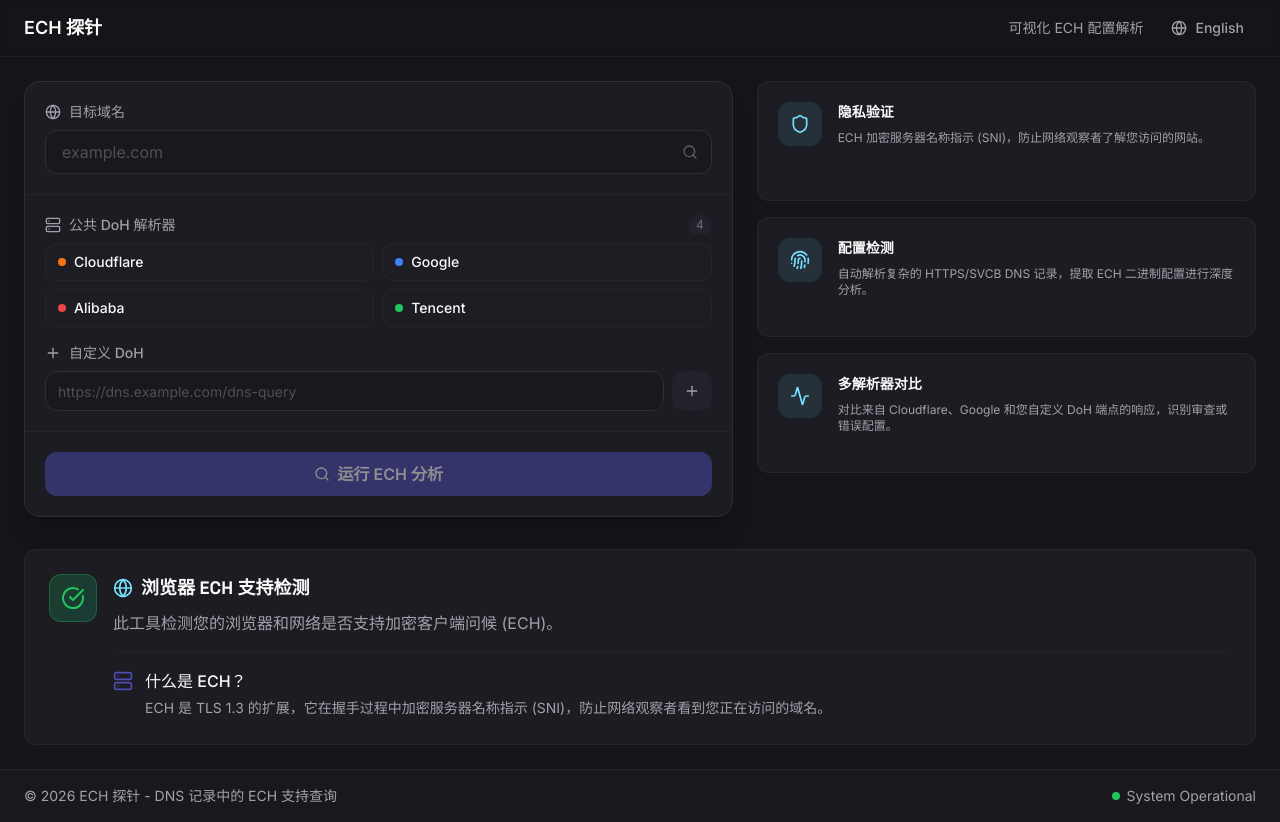
Repository: coolapijust/Ech-probe
Page: /
The author's editor kept a copy of each file at every save. The page is drawn from the files as they stood at one save, then again after the next save.
The browser window is 1280 px wide. The pictures show the whole page.
The project was rebuilt for these pictures with package versions that can differ from the ones it lists, and the page was loaded fresh each time. The framework's server and built-in components were replaced by stand-ins that run in the browser. Also part of the build but not shown: next.config.mjs, src/components/ui/card.tsx, src/components/ui/table.tsx, src/components/ui/badge.tsx, src/components/ui/label.tsx, src/components/ECHProbe/ResultsDisplay.tsx.

Above is the page before, as saved 2026-03-13 20:42:33.

### src/app/layout.tsx

import type {Metadata} from 'next';
import './globals.css';
import { Toaster } from "@/components/ui/toaster";
import { LanguageProvider } from '@/context/LanguageContext';

export const metadata: Metadata = {
  title: 'ECH Probe | Secure DNS Analysis',
  description: 'Advanced ECHConfig detection and DNS analysis tool.',
};

export default function RootLayout({
  children,
}: Readonly<{
  children: React.ReactNode;
}>) {
  return (
    <html lang="en" className="dark">
      <head>
        <link rel="preconnect" href="https://fonts.googleapis.com" />
        <link rel="preconnect" href="https://fonts.gstatic.com" crossOrigin="anonymous" />
        <link href="https://fonts.googleapis.com/css2?family=Inter:wght@400;500;600&family=Space+Grotesk:wght@500;700&display=swap" rel="stylesheet" />
      </head>
      <body className="font-body antialiased bg-background text-foreground min-h-screen">
        <LanguageProvider>
          {children}
          <Toaster />
        </LanguageProvider>
      </body>
    </html>
  );
}

### src/app/page.tsx
'use client';

import { useState } from 'react';
import { DomainForm } from '@/components/ECHProbe/DomainForm';
import { ResultsDisplay } from '@/components/ECHProbe/ResultsDisplay';
import { performECHAnalysis, ResolverResult } from '@/app/actions/dns';
import { Shield, Fingerprint, Activity, Globe, Server, CheckCircle } from 'lucide-react';
import { useLanguage } from '@/context/LanguageContext';
import { LanguageSwitcher } from '@/components/LanguageSwitcher';

export default function Home() {
  const [results, setResults] = useState<ResolverResult[]>([]);
  const [domain, setDomain] = useState('');
  const [isAnalyzing, setIsAnalyzing] = useState(false);
  const { t } = useLanguage();

  const handleAnalyze = async (domain: string, resolvers: string[], custom: string[]) => {
    setIsAnalyzing(true);
    setDomain(domain);
    try {
      const data = await performECHAnalysis(domain, resolvers, custom);
      setResults(data);
    } catch (err) {
      console.error(err);
    } finally {
      setIsAnalyzing(false);
    }
  };

  return (
    <div className="min-h-screen flex flex-col">
      {/* Header Bar - No Logo */}
      <header className="border-b border-border/50 bg-background/80 backdrop-blur-sm">
        <div className="flex items-center justify-between px-6 h-14">
          <span className="font-bold text-lg">{t.title}</span>
          <div className="flex items-center gap-4">
            <span className="text-sm text-muted-foreground hidden sm:inline">{t.badge}</span>
            <LanguageSwitcher />
          </div>
        </div>
      </header>

      {/* Main Content - Full Width */}
      <main className="flex-1 p-4 lg:p-6">
        {/* Content Grid - Form takes majority */}
        <div className="grid lg:grid-cols-12 gap-4 lg:gap-6">
          {/* Left Column - Form (7 columns) */}
          <div className="lg:col-span-7">
            <DomainForm onAnalyze={handleAnalyze} isLoading={isAnalyzing} />
          </div>

          {/* Right Column - Features vertical stack (5 columns) */}
          <div className="lg:col-span-5">
            {!isAnalyzing && results.length === 0 && (
              <div className="space-y-4">
                <FeatureCard
                  icon={<Shield className="w-5 h-5" />}
                  title={t.privacyVerified}
                  description={t.privacyDesc}
                />
                <FeatureCard
                  icon={<Fingerprint className="w-5 h-5" />}
                  title={t.configDetection}
                  description={t.configDesc}
                />
                <FeatureCard
                  icon={<Activity className="w-5 h-5" />}
                  title={t.multiResolver}
                  description={t.multiDesc}
                />
              </div>
            )}
          </div>
        </div>

        {/* Results Section - Full Width */}
        {results.length > 0 && (
          <div className="mt-6">
            <ResultsDisplay results={results} domain={domain} />
          </div>
        )}

        {/* Bottom Section - ECH Explanation */}
        {!isAnalyzing && (
          <div className="mt-8">
            <div className="bg-card border border-border/50 rounded-xl p-6">
              <div className="flex items-start gap-4">
                <div className="w-12 h-12 rounded-xl bg-gradient-to-br from-green-500/20 to-emerald-500/20 border border-green-500/30 flex items-center justify-center shrink-0">
                  <CheckCircle className="w-6 h-6 text-green-500" />
                </div>
                <div className="flex-1">
                  <h3 className="text-lg font-semibold mb-2 flex items-center gap-2">
                    <Globe className="w-5 h-5 text-accent" />
                    {t.echCheckTitle}
                  </h3>
                  <p className="text-muted-foreground leading-relaxed mb-4">
                    {t.echCheckDesc}
                  </p>
                  <div className="flex items-start gap-3 pt-4 border-t border-border/30">
                    <Server className="w-5 h-5 text-primary mt-0.5 shrink-0" />
                    <div>
                      <span className="font-medium">{t.echWhatIs}</span>
                      <p className="text-sm text-muted-foreground mt-1 leading-relaxed">
                        {t.echExplain}
                      </p>
                    </div>
                  </div>
                </div>
              </div>
            </div>
          </div>
        )}
      </main>

      {/* Footer */}
      <footer className="border-t border-border/50 bg-muted/30">
        <div className="px-6 py-4">
          <div className="flex flex-col sm:flex-row justify-between items-center gap-2 text-sm text-muted-foreground">
            <p>{t.footer.replace('{year}', new Date().getFullYear().toString())}</p>
            <span className="flex items-center gap-1.5">
              <span className="w-2 h-2 rounded-full bg-green-500" />
              System Operational
            </span>
          </div>
        </div>
      </footer>
    </div>
  );
}

function FeatureCard({ icon, title, description }: { icon: React.ReactNode; title: string; description: string }) {
  return (
    <div className="flex items-start gap-3 lg:gap-4 p-4 lg:p-5 rounded-xl bg-card border border-border/50 hover:border-accent/30 transition-colors min-h-[100px] lg:min-h-[120px]">
      <div className="w-10 h-10 lg:w-11 lg:h-11 rounded-lg bg-accent/10 flex items-center justify-center text-accent shrink-0">
        {icon}
      </div>
      <div className="flex-1">
        <h3 className="font-semibold text-sm mb-1 lg:mb-2">{title}</h3>
        <p className="text-[11px] lg:text-xs text-muted-foreground leading-relaxed">{description}</p>
      </div>
    </div>
  );
}

### src/app/globals.css

@tailwind base;
@tailwind components;
@tailwind utilities;

@layer base {
  :root {
    --background: 240 10% 9%; /* #15151A */
    --foreground: 0 0% 98%;
    --card: 240 10% 12%;
    --card-foreground: 0 0% 98%;
    --popover: 240 10% 9%;
    --popover-foreground: 0 0% 98%;
    --primary: 240 40% 50%; /* #4D4DB3 approx */
    --primary-foreground: 0 0% 100%;
    --secondary: 240 10% 15%;
    --secondary-foreground: 0 0% 98%;
    --muted: 240 10% 15%;
    --muted-foreground: 240 5% 65%;
    --accent: 193 100% 73%; /* #75E1FF */
    --accent-foreground: 240 10% 9%;
    --destructive: 0 62.8% 30.6%;
    --destructive-foreground: 0 0% 98%;
    --border: 240 10% 20%;
    --input: 240 10% 20%;
    --ring: 193 100% 73%;
    --radius: 0.75rem;
  }
}

@layer base {
  * {
    @apply border-border;
  }
  body {
    @apply bg-background text-foreground font-body;
  }
  h1, h2, h3, h4, h5, h6 {
    @apply font-headline;
  }
}

### src/components/ui/toaster.tsx
"use client"

import { useToast } from "@/hooks/use-toast"
import {
  Toast,
  ToastClose,
  ToastDescription,
  ToastProvider,
  ToastTitle,
  ToastViewport,
} from "@/components/ui/toast"

export function Toaster() {
  const { toasts } = useToast()

  return (
    <ToastProvider>
      {toasts.map(function ({ id, title, description, action, ...props }) {
        return (
          <Toast key={id} {...props}>
            <div className="grid gap-1">
              {title && <ToastTitle>{title}</ToastTitle>}
              {description && (
                <ToastDescription>{description}</ToastDescription>
              )}
            </div>
            {action}
            <ToastClose />
          </Toast>
        )
      })}
      <ToastViewport />
    </ToastProvider>
  )
}

### src/context/LanguageContext.tsx

'use client';

import React, { createContext, useContext, useState, ReactNode } from 'react';
import { translations, Language } from '@/lib/i18n';

interface LanguageContextType {
  language: Language;
  setLanguage: (lang: Language) => void;
  t: any;
}

const LanguageContext = createContext<LanguageContextType | undefined>(undefined);

export function LanguageProvider({ children }: { children: ReactNode }) {
  const [language, setLanguage] = useState<Language>('cn'); // 默认中文

  const t = translations[language];

  return (
    <LanguageContext.Provider value={{ language, setLanguage, t }}>
      {children}
    </LanguageContext.Provider>
  );
}

export function useLanguage() {
  const context = useContext(LanguageContext);
  if (context === undefined) {
    throw new Error('useLanguage must be used within a LanguageProvider');
  }
  return context;
}

### src/app/actions/dns.ts
'use server';

import { parseECHFromHttpsRecord } from '@/lib/dns-parser';
import { queryDoH } from '@/lib/doh-query';

import { ECHConfigDetail } from '@/lib/dns-parser';

export type ResolverResult = {
  resolverName: string;
  echConfigDetected: boolean;
  echConfigDetails: ECHConfigDetail | null;
  errorMessage: string | null;
  rawResponse?: string;
};

const PRESET_RESOLVERS = [
  { name: 'Cloudflare', url: 'https://cloudflare-dns.com/dns-query' },
  { name: 'Google', url: 'https://dns.google/resolve' },
  { name: 'Alibaba', url: 'https://dns.alidns.com/resolve' },
  { name: 'Tencent', url: 'https://doh.pub/dns-query' },
];

export async function performECHAnalysis(
  domain: string,
  selectedResolvers: string[],
  customResolvers: string[] = []
): Promise<ResolverResult[]> {
  const resolversToQuery = PRESET_RESOLVERS.filter(r => selectedResolvers.includes(r.name));

  const dohPromises = resolversToQuery.map(async (res) => {
    try {
      const records = await queryDoH(domain, res.url);
      const echDetails = records.map(parseECHFromHttpsRecord).find(d => d !== null) || null;
      return {
        resolverName: res.name,
        echConfigDetected: !!echDetails,
        echConfigDetails: echDetails,
        errorMessage: null,
        rawResponse: records.join('\n')
      };
    } catch (err: any) {
      let errorMsg = err.message || 'Unknown error';
      if (err.name === 'AbortError') {
        errorMsg = 'Request timeout';
      }
      return {
        resolverName: res.name,
        echConfigDetected: false,
        echConfigDetails: null,
        errorMessage: errorMsg
      };
    }
  });

  const customPromises = customResolvers.map(async (url) => {
    try {
      const records = await queryDoH(domain, url);
      const echDetails = records.map(parseECHFromHttpsRecord).find(d => d !== null) || null;
      return {
        resolverName: `Custom (${new URL(url).hostname})`,
        echConfigDetected: !!echDetails,
        echConfigDetails: echDetails,
        errorMessage: null,
        rawResponse: records.join('\n')
      };
    } catch (err: any) {
      let errorMsg = err.message || 'Unknown error';
      if (err.name === 'AbortError') {
        errorMsg = 'Request timeout';
      }
      return {
        resolverName: 'Custom Resolver',
        echConfigDetected: false,
        echConfigDetails: null,
        errorMessage: errorMsg
      };
    }
  });

  const allResults = await Promise.all([...dohPromises, ...customPromises]);
  return allResults;
}

### src/components/LanguageSwitcher.tsx

'use client';

import { useLanguage } from '@/context/LanguageContext';
import { Button } from '@/components/ui/button';
import { Globe } from 'lucide-react';

export function LanguageSwitcher() {
  const { language, setLanguage } = useLanguage();

  return (
    <Button
      variant="ghost"
      size="sm"
      onClick={() => setLanguage(language === 'en' ? 'cn' : 'en')}
      className="flex items-center gap-2 text-muted-foreground hover:text-accent"
    >
      <Globe className="w-4 h-4" />
      {language === 'en' ? '中文' : 'English'}
    </Button>
  );
}

### src/lib/i18n.ts

export const translations = {
  en: {
    title: "ECH Probe",
    subtitle: "Does this site support ECH?",
    badge: "Visual ECH Config Parser",
    description: "Advanced DNS-over-HTTPS analysis to detect and verify Encrypted Client Hello (ECH) configurations across global resolvers.",
    targetDomain: "Target Domain",
    domainPlaceholder: "example.com",
    publicResolvers: "Public DoH Resolvers",
    customResolvers: "Custom DoH",
    localResolver: "Local System Resolver (Always)",
    runAnalysis: "Run ECH Analysis",
    executing: "Executing Probe...",
    analysisFor: "Analysis for",
    detectedCount: "out of {total} resolvers detected ECHConfig.",
    consistent: "Consistent Results",
    discrepancies: "Discrepancies Found",
    sourceComparison: "Source Comparison",
    resolver: "Resolver",
    status: "ECH Status",
    details: "Details",
    action: "Action",
    raw: "Raw",
    rawData: "Raw Data",
    error: "Error",
    detected: "Detected",
    notFound: "Not Found",
    echParameters: "ECH Parameters",
    primaryDetails: "Details from the primary detected config",
    noData: "No ECH data available to display.",
    generateReport: "Generate Intelligence Report",
    aiDescription: "Our AI engine will analyze these DNS records to explain the privacy and security implications of ECH for {domain}.",
    generateBtn: "Generate AI Insight",
    generating: "Analyzing Security Vectors...",
    aiInsightTitle: "AI Security Insight",
    regenerate: "Regenerate Analysis",
    footer: "© {year} ECH Probe - ECH Support Query in DNS Records",
    privacyVerified: "Privacy Verified",
    privacyDesc: "ECH encrypts the Server Name Indication (SNI), preventing network observers from knowing which websites you visit.",
    configDetection: "Config Detection",
    configDesc: "Automatically parse complex HTTPS/SVCB DNS records to extract ECH binary configurations for deep analysis.",
    multiResolver: "Multi-Resolver",
    multiDesc: "Compare responses from Cloudflare, Google, and your own custom DoH endpoints to identify censorship or misconfigs.",
    echCheckTitle: "Browser ECH Support Check",
    echCheckDesc: "This tool checks whether your browser and network support Encrypted Client Hello (ECH).",
    echWhatIs: "What is ECH?",
    echExplain: "ECH is an extension of TLS 1.3 that encrypts the Server Name Indication (SNI) during the handshake, preventing network observers from seeing the domain you are visiting."
  },
  cn: {
    title: "ECH 探针",
    subtitle: "这个网站支持 ECH 了吗",
    badge: "可视化 ECH 配置解析",
    description: "高级 DNS-over-HTTPS 分析工具，用于检测和验证全球解析器中的加密客户端问候 (ECH) 配置。",
    targetDomain: "目标域名",
    domainPlaceholder: "example.com",
    publicResolvers: "公共 DoH 解析器",
    customResolvers: "自定义 DoH",
    localResolver: "本地系统解析器 (始终开启)",
    runAnalysis: "运行 ECH 分析",
    executing: "正在探测...",
    analysisFor: "分析对象：",
    detectedCount: "{total} 个解析器中有 {count} 个检测到 ECHConfig。",
    consistent: "结果一致",
    discrepancies: "发现差异",
    sourceComparison: "源对比",
    resolver: "解析器",
    status: "ECH 状态",
    details: "详情",
    action: "操作",
    raw: "原始数据",
    rawData: "原始数据详情",
    error: "错误",
    detected: "已检测到",
    notFound: "未找到",
    echParameters: "ECH 参数",
    primaryDetails: "主检测配置详情",
    noData: "暂无可显示的 ECH 数据。",
    generateReport: "生成智能报告",
    aiDescription: "我们的 AI 引擎将分析这些 DNS 记录，解释 ECH 对 {domain} 的隐私和安全影响。",
    generateBtn: "生成 AI 洞察",
    generating: "正在分析安全向量...",
    aiInsightTitle: "AI 安全洞察",
    regenerate: "重新生成分析",
    footer: "© {year} ECH 探针 - DNS 记录中的 ECH 支持查询",
    privacyVerified: "隐私验证",
    privacyDesc: "ECH 加密服务器名称指示 (SNI)，防止网络观察者了解您访问的网站。",
    configDetection: "配置检测",
    configDesc: "自动解析复杂的 HTTPS/SVCB DNS 记录，提取 ECH 二进制配置进行深度分析。",
    multiResolver: "多解析器对比",
    multiDesc: "对比来自 Cloudflare、Google 和您自定义 DoH 端点的响应，识别审查或错误配置。",
    echCheckTitle: "浏览器 ECH 支持检测",
    echCheckDesc: "此工具检测您的浏览器和网络是否支持加密客户端问候 (ECH)。",
    echWhatIs: "什么是 ECH？",
    echExplain: "ECH 是 TLS 1.3 的扩展，它在握手过程中加密服务器名称指示 (SNI)，防止网络观察者看到您正在访问的域名。"
  }
};

export type Language = 'en' | 'cn';

### src/components/ui/button.tsx
import * as React from "react"
import { Slot } from "@radix-ui/react-slot"
import { cva, type VariantProps } from "class-variance-authority"

import { cn } from "@/lib/utils"

const buttonVariants = cva(
  "inline-flex items-center justify-center gap-2 whitespace-nowrap rounded-md text-sm font-medium ring-offset-background transition-colors focus-visible:outline-none focus-visible:ring-2 focus-visible:ring-ring focus-visible:ring-offset-2 disabled:pointer-events-none disabled:opacity-50 [&_svg]:pointer-events-none [&_svg]:size-4 [&_svg]:shrink-0",
  {
    variants: {
      variant: {
        default: "bg-primary text-primary-foreground hover:bg-primary/90",
        destructive:
          "bg-destructive text-destructive-foreground hover:bg-destructive/90",
        outline:
          "border border-input bg-background hover:bg-accent hover:text-accent-foreground",
        secondary:
          "bg-secondary text-secondary-foreground hover:bg-secondary/80",
        ghost: "hover:bg-accent hover:text-accent-foreground",
        link: "text-primary underline-offset-4 hover:underline",
      },
      size: {
        default: "h-10 px-4 py-2",
        sm: "h-9 rounded-md px-3",
        lg: "h-11 rounded-md px-8",
        icon: "h-10 w-10",
      },
    },
    defaultVariants: {
      variant: "default",
      size: "default",
    },
  }
)

export interface ButtonProps
  extends React.ButtonHTMLAttributes<HTMLButtonElement>,
    VariantProps<typeof buttonVariants> {
  asChild?: boolean
}

const Button = React.forwardRef<HTMLButtonElement, ButtonProps>(
  ({ className, variant, size, asChild = false, ...props }, ref) => {
    const Comp = asChild ? Slot : "button"
    return (
      <Comp
        className={cn(buttonVariants({ variant, size, className }))}
        ref={ref}
        {...props}
      />
    )
  }
)
Button.displayName = "Button"

export { Button, buttonVariants }

### tailwind.config.ts

import type {Config} from 'tailwindcss';

export default {
  darkMode: ['class'],
  content: [
    './src/pages/**/*.{js,ts,jsx,tsx,mdx}',
    './src/components/**/*.{js,ts,jsx,tsx,mdx}',
    './src/app/**/*.{js,ts,jsx,tsx,mdx}',
  ],
  theme: {
    extend: {
      fontFamily: {
        body: ['Inter', 'sans-serif'],
        headline: ['Space Grotesk', 'sans-serif'],
        code: ['monospace'],
      },
      colors: {
        background: 'hsl(var(--background))',
        foreground: 'hsl(var(--foreground))',
        card: {
          DEFAULT: 'hsl(var(--card))',
          foreground: 'hsl(var(--card-foreground))',
        },
        popover: {
          DEFAULT: 'hsl(var(--popover))',
          foreground: 'hsl(var(--popover-foreground))',
        },
        primary: {
          DEFAULT: 'hsl(var(--primary))',
          foreground: 'hsl(var(--primary-foreground))',
        },
        secondary: {
          DEFAULT: 'hsl(var(--secondary))',
          foreground: 'hsl(var(--secondary-foreground))',
        },
        muted: {
          DEFAULT: 'hsl(var(--muted))',
          foreground: 'hsl(var(--muted-foreground))',
        },
        accent: {
          DEFAULT: 'hsl(var(--accent))',
          foreground: 'hsl(var(--accent-foreground))',
        },
        destructive: {
          DEFAULT: 'hsl(var(--destructive))',
          foreground: 'hsl(var(--destructive-foreground))',
        },
        border: 'hsl(var(--border))',
        input: 'hsl(var(--input))',
        ring: 'hsl(var(--ring))',
        chart: {
          '1': 'hsl(var(--chart-1))',
          '2': 'hsl(var(--chart-2))',
          '3': 'hsl(var(--chart-3))',
          '4': 'hsl(var(--chart-4))',
          '5': 'hsl(var(--chart-5))',
        },
        sidebar: {
          DEFAULT: 'hsl(var(--sidebar-background))',
          foreground: 'hsl(var(--sidebar-foreground))',
          primary: 'hsl(var(--sidebar-primary))',
          'primary-foreground': 'hsl(var(--sidebar-primary-foreground))',
          accent: 'hsl(var(--sidebar-accent))',
          'accent-foreground': 'hsl(var(--sidebar-accent-foreground))',
          border: 'hsl(var(--sidebar-border))',
          ring: 'hsl(var(--sidebar-ring))',
        },
      },
      borderRadius: {
        lg: 'var(--radius)',
        md: 'calc(var(--radius) - 2px)',
        sm: 'calc(var(--radius) - 4px)',
      },
      keyframes: {
        'accordion-down': {
          from: {
            height: '0',
          },
          to: {
            height: 'var(--radix-accordion-content-height)',
          },
        },
        'accordion-up': {
          from: {
            height: 'var(--radix-accordion-content-height)',
          },
          to: {
            height: '0',
          },
        },
      },
      animation: {
        'accordion-down': 'accordion-down 0.2s ease-out',
        'accordion-up': 'accordion-up 0.2s ease-out',
      },
    },
  },
  plugins: [require('tailwindcss-animate')],
} satisfies Config;

Loaded but not shown: src/hooks/use-toast.ts (common file); src/lib/utils.ts (common file); src/lib/dns-parser.ts (369 lines, source omitted); src/components/ECHProbe/DomainForm.tsx (167 lines, source omitted); src/lib/doh-query.ts (202 lines, source omitted); src/components/ui/toast.tsx (129 lines, source omitted)

After the next save:
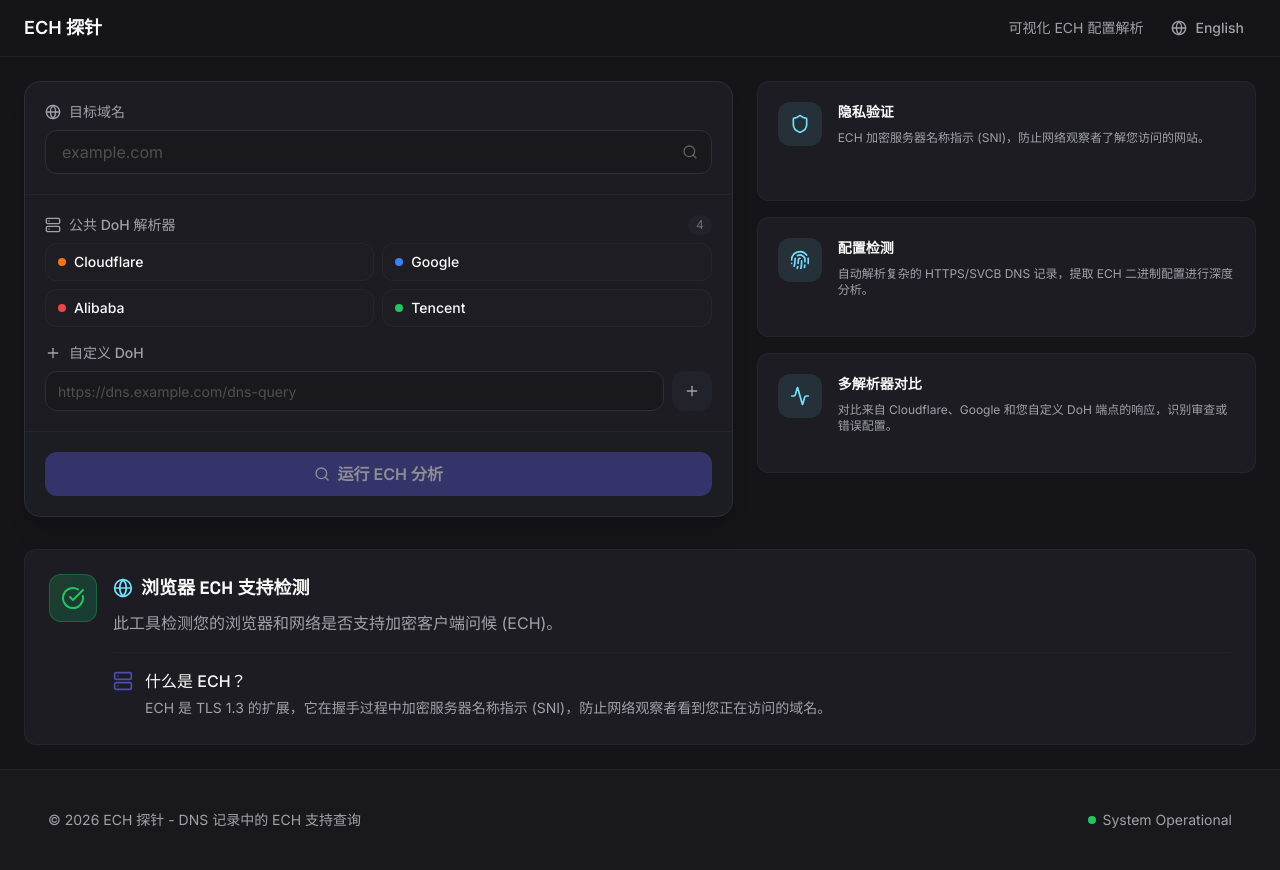
Saved 31 s later.
--- a/src/app/page.tsx
+++ b/src/app/page.tsx
@@ -113,7 +113,7 @@ export default function Home() {
       </main>
 
       {/* Footer */}
-      <footer className="border-t border-border/50 bg-muted/30">
+      <footer className="border-t border-border/50 bg-muted/30 p-4 lg:p-6">
         <div className="px-6 py-4">
           <div className="flex flex-col sm:flex-row justify-between items-center gap-2 text-sm text-muted-foreground">
             <p>{t.footer.replace('{year}', new Date().getFullYear().toString())}</p>
